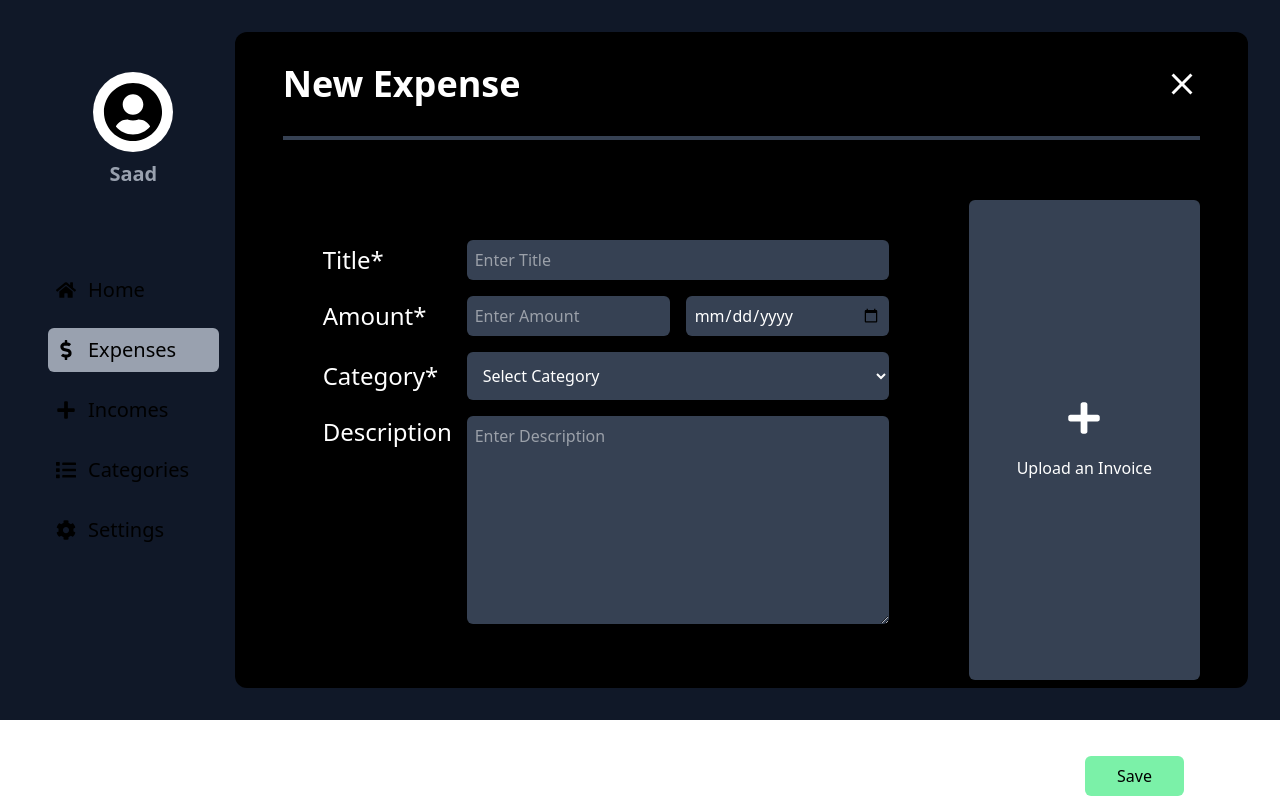
Repository: saad-naveed-brainx/Expense
Page: /expenses
The author's editor kept a copy of each file at every save. The page is drawn from the files as they stood at one save, then again after a run of saves.
The browser window is 1280 px wide. The pictures show the whole page.
The project was rebuilt for these pictures with package versions that can differ from the ones it lists, and the page was loaded fresh each time. Also part of the build but not shown: vite.config.js, src/components/LandingPage.jsx, src/components/NotUsed.jsx.

Above is the page before, as saved 2025-09-04 17:38:46.

After the next 2 saves:
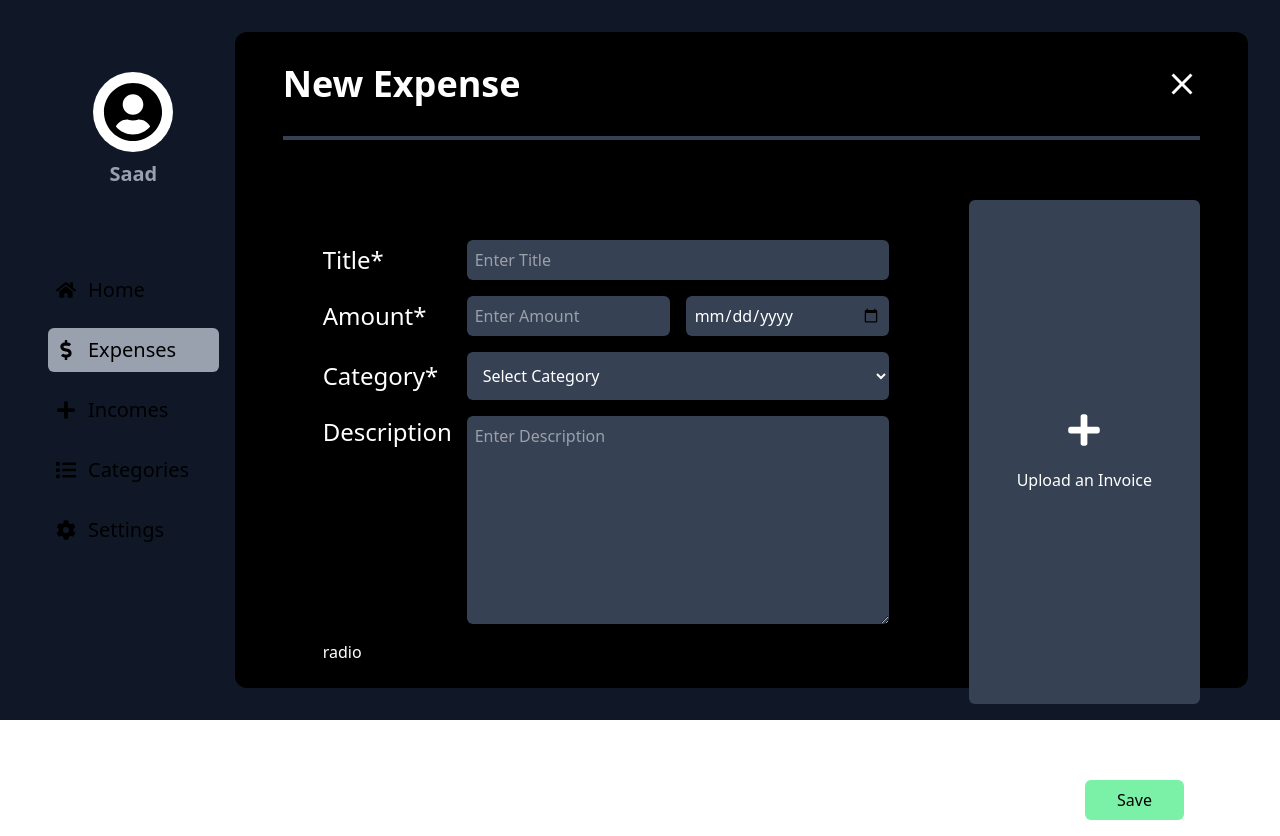
The 2 saves are shown as one change because they came seconds apart.
The last was saved 8 s later.
--- a/src/components/Expenses.jsx
+++ b/src/components/Expenses.jsx
@@ -59,7 +59,7 @@ export default function Expenses() {
               <textarea rows="8" type="text" placeholder='Enter Description' className='bg-gray-700 rounded-md p-2 flex-1 min-w-0' {...register("description")} />
             </div>
             <div>
-
+              radio
             </div>
           </form>
         </div>
